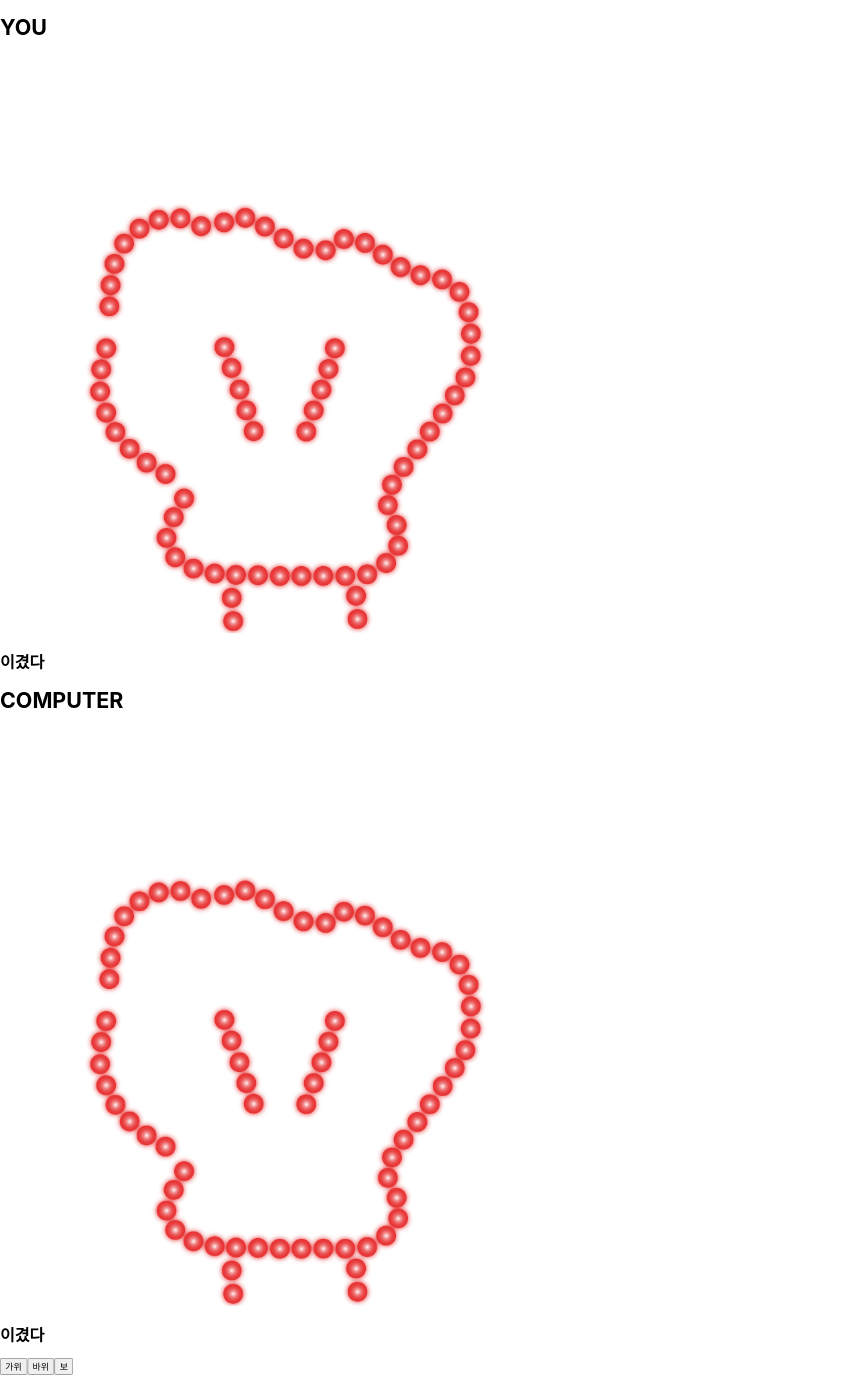
Repository: KIMMIHYE12/classComponent
Page: /
The author's editor kept a copy of each file at every save. The page is drawn from the files as they stood at one save, then again after a run of saves.
The browser window is 1280 px wide. The pictures show the whole page, at 67% of full size.
The project was rebuilt for these pictures with package versions that can differ from the ones it lists, and the page was loaded fresh each time. Also part of the build but not shown: src/App.css.

Above is the page before, as saved 2024-03-18 20:44:35.

After the next 2 saves:
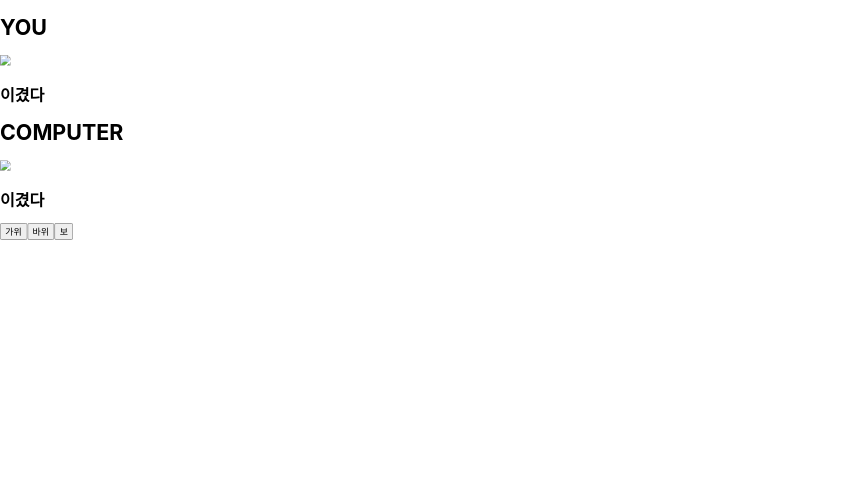
Not found: rock.png
The 2 saves are shown as one change because they came seconds apart.
The last was saved 24 s later.
--- a/src/component/Box.js
+++ b/src/component/Box.js
@@ -5,7 +5,7 @@ export const Box = (props) => {
   return (
     <div>
       <h1>{props.title}</h1>
-      <img src='/images/rock.png' />
+      <img src='/rock.png' />
       <h2>이겼다</h2>
     </div>
   );

After the 2 saves that followed:
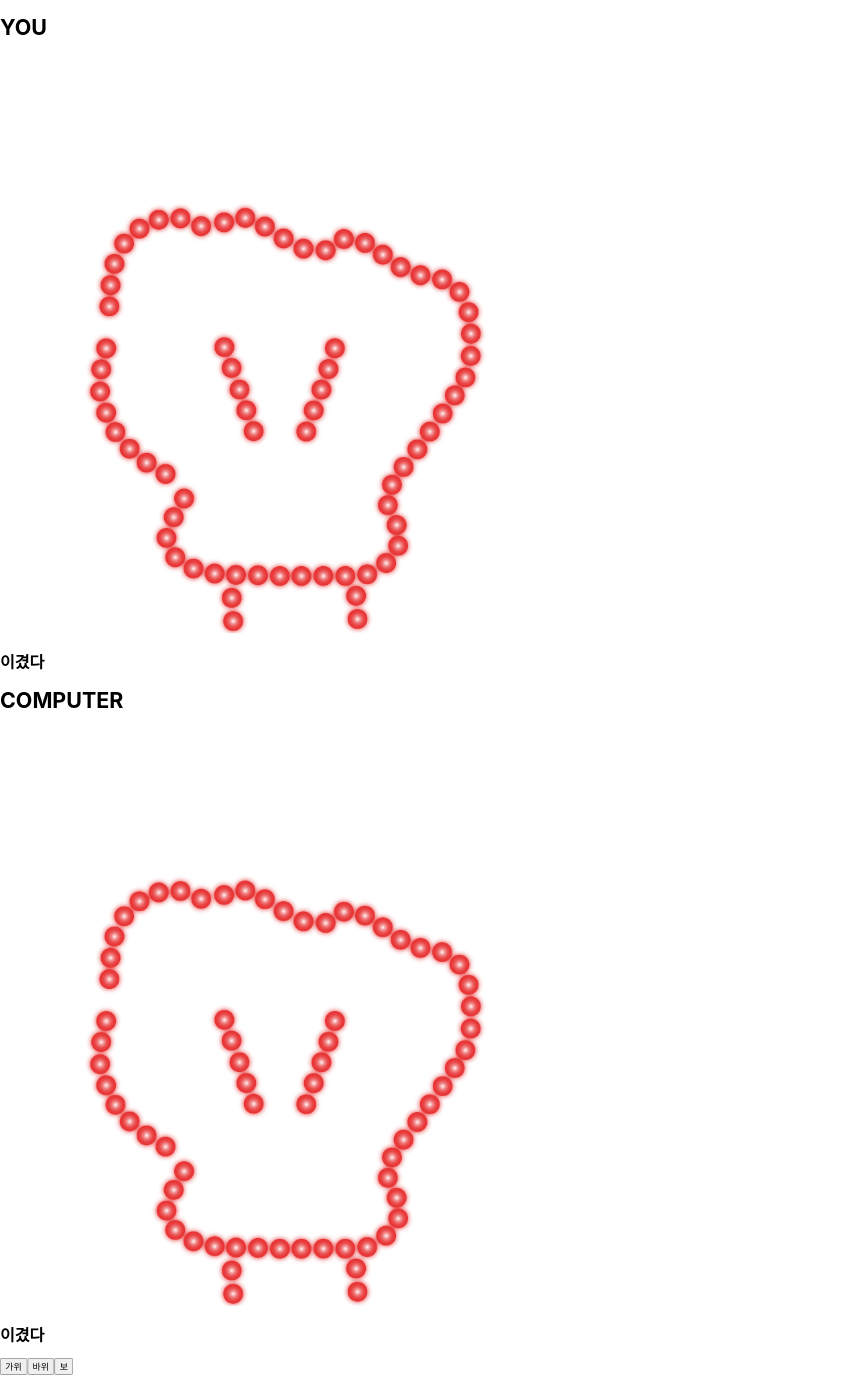
The 2 saves are shown as one change because 1 left the picture as it was.
The last was saved 15 s later.
--- a/src/component/Box.js
+++ b/src/component/Box.js
@@ -5,7 +5,7 @@ export const Box = (props) => {
   return (
     <div>
       <h1>{props.title}</h1>
-      <img src='/rock.png' />
+      <img src='/images/rock.png' />
       <h2>이겼다</h2>
     </div>
   );
